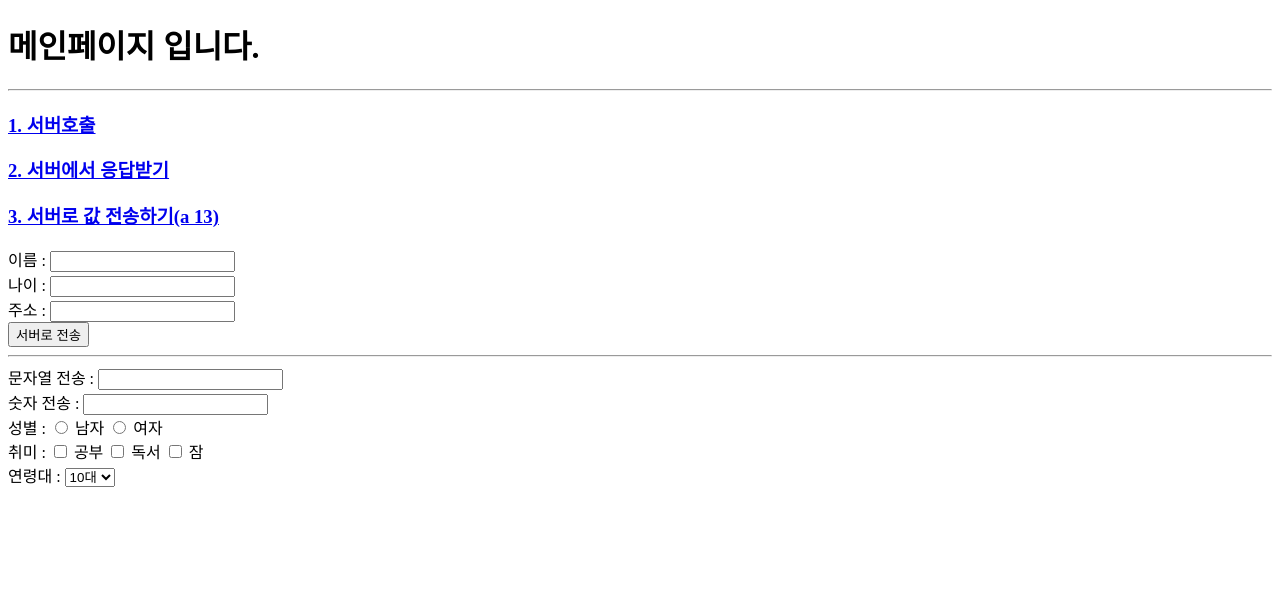
Repository: ParkHyeonju12/servlet
Page: web-workspace/02_noDbProject/src/main/webapp/index.html
These files come from the project's save history. The page is drawn as it stood at one moment and after the next save; the edit follows.
The browser window is 1280 px wide. The pictures show the whole page.

Above is the page before, as saved 2022-08-29 07:51:35.

After the next save:
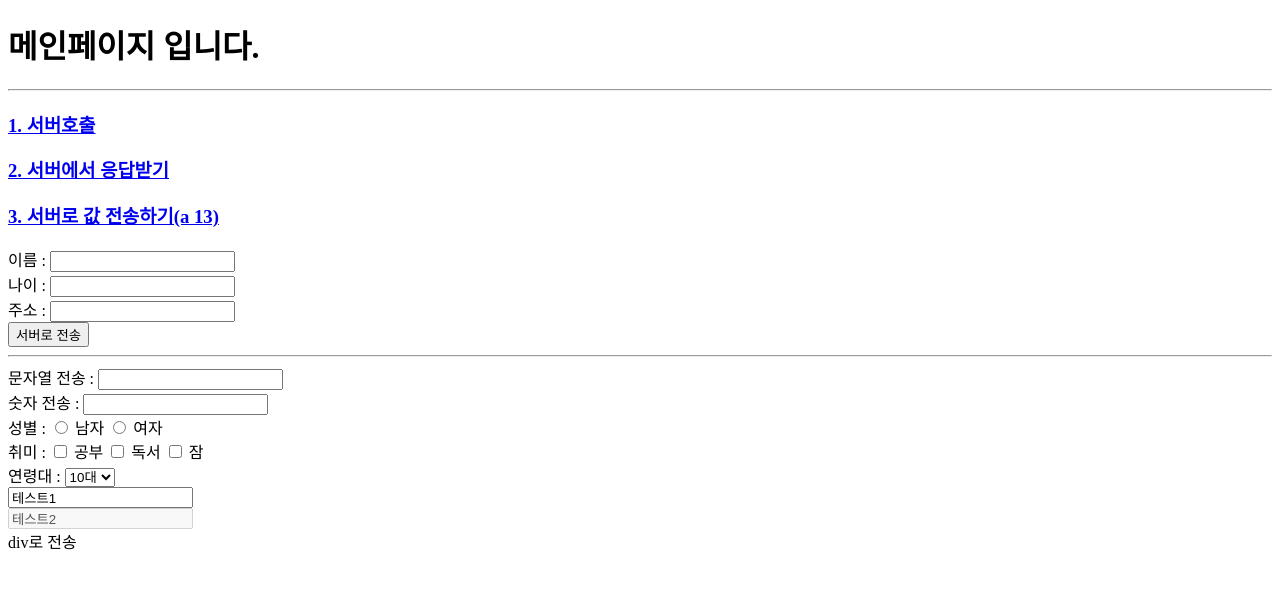
Saved 118 s later.
--- a/web-workspace/02_noDbProject/src/main/webapp/index.html
+++ b/web-workspace/02_noDbProject/src/main/webapp/index.html
@@ -43,6 +43,9 @@
 			</select>
 			<br>
 			<input type="hidden" name="hiddenData" value="히든데이터">
+			<input type="text" name="input1" value="테스트1" readonly><br>
+			<input type="text" name="input2" value="테스트2" disabled><br>
+			<div name="test3" value="테스트3">div로 전송</div>
 
 
 	</form>
